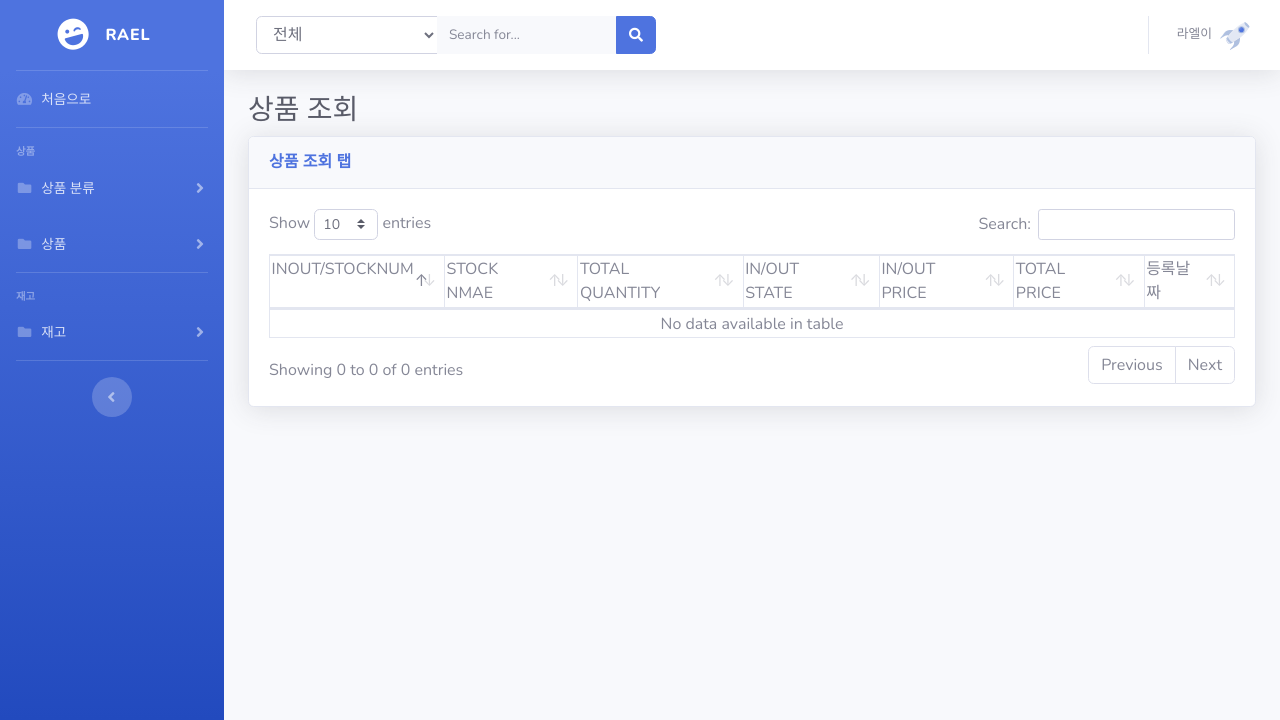
Repository: sww232/springRaelProject
Page: http://localhost/rael/WEB-INF/views/stock/stock_history_cancel.jsp
The author's editor kept a copy of each file at every save. The page is drawn from the files as they stood at one save, then again after the next save.
The browser window is 1280 px wide. The pictures show the whole page.
The page is served by Tomcat 9. Nobody is signed in. The template is opened directly, without the code that normally fills it, so the values that code supplies are empty.

Above is the page before, as saved 2022-10-10 13:10:14.

After the next save:
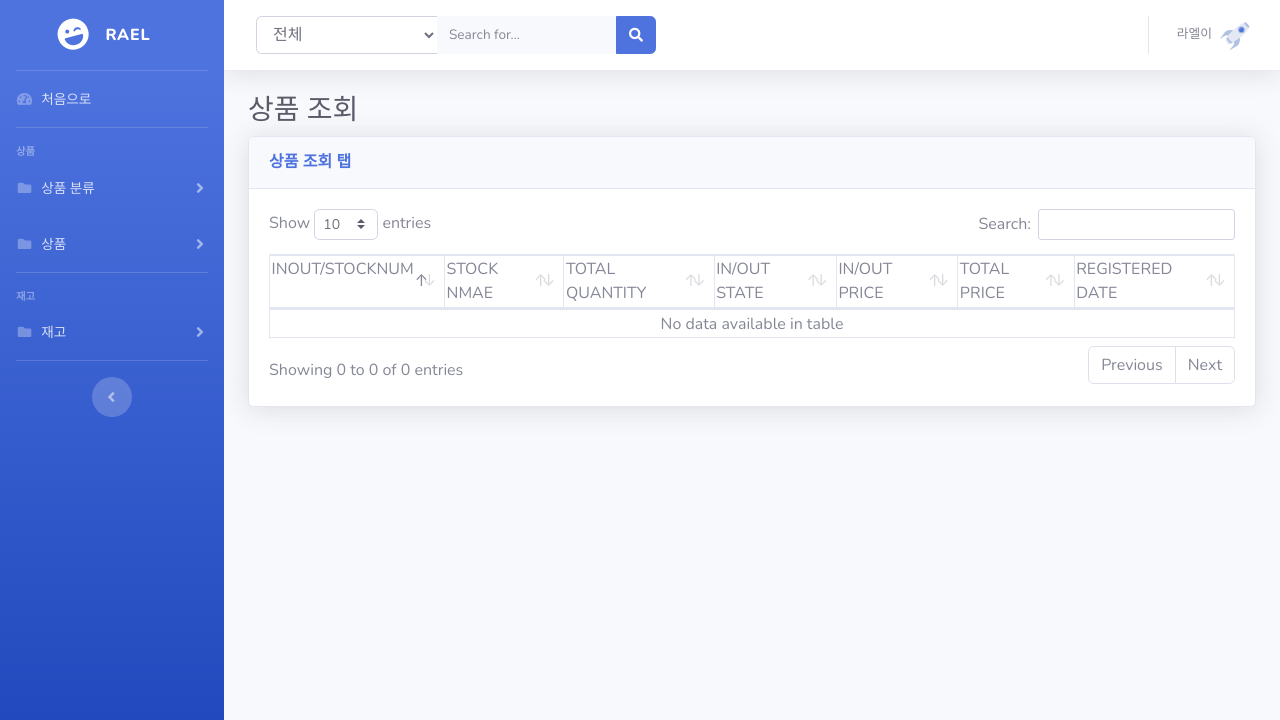
Saved 83 s later.
--- a/raelproject3/rael/src/main/webapp/WEB-INF/views/stock/stock_history_cancel.jsp
+++ b/raelproject3/rael/src/main/webapp/WEB-INF/views/stock/stock_history_cancel.jsp
@@ -353,7 +353,7 @@
 													<td>IN/OUT STATE</td>
 													<td>IN/OUT PRICE</td>
 													<td>TOTAL PRICE</td>
-													<td>등록날짜</td>
+													<td>REGISTERED DATE</td>
 												</tr>
 											</thead>
 											<tbody>
